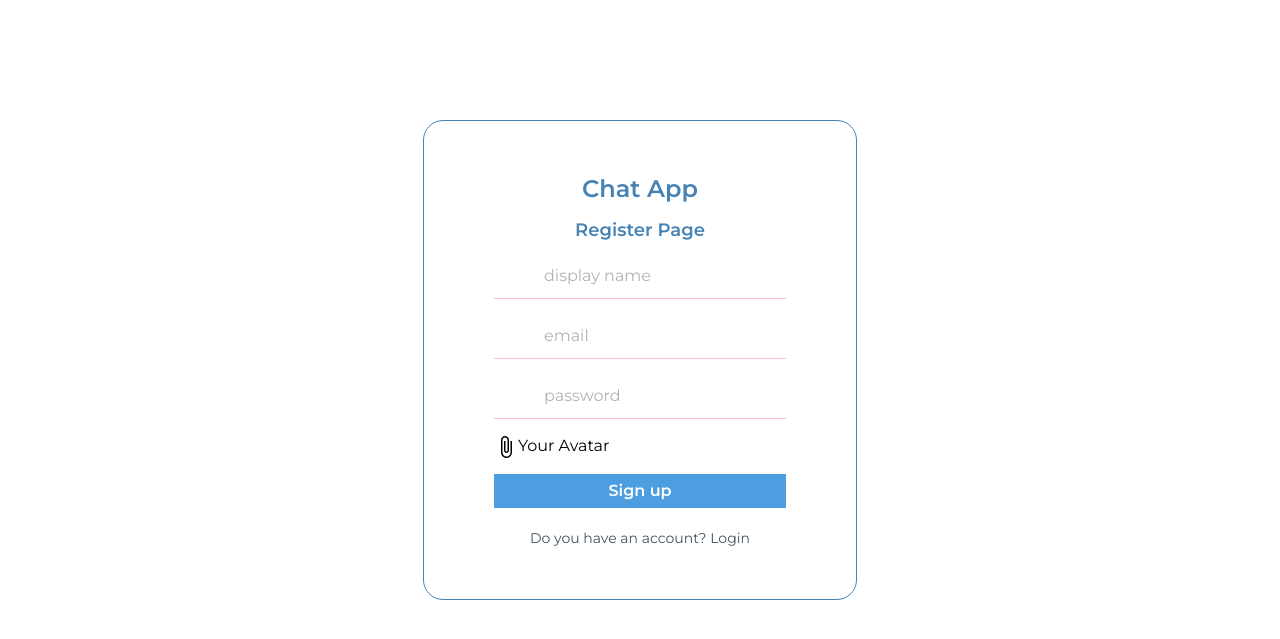
Repository: Nurlan-Bakenbaev/chat-app
Page: /register
The author's editor kept a copy of each file at every save. The page is drawn from the files as they stood at one save, then again after a run of saves.
The browser window is 1280 px wide. The pictures show the whole page.
The project was rebuilt for these pictures with package versions that can differ from the ones it lists, and the page was loaded fresh each time. Also part of the build but not shown: vite.config.js, src/components/Search.jsx, src/components/Chats.jsx, src/components/Navbar.jsx, src/components/SideBar.jsx, src/components/Message.jsx, src/components/Messages.jsx, src/components/Input.jsx and 2 more. Imported but missing from the stored project, and not drawn on this page: src/pages/Login.

Above is the page before, as saved 2023-08-23 19:36:18.

### index.html
<!doctype html>
<html lang="en">
  <head>
    <meta charset="UTF-8" />
    <link rel="preconnect" href="https://fonts.googleapis.com">
<link rel="preconnect" href="https://fonts.gstatic.com" crossorigin>
<link href="https://fonts.googleapis.com/css2?family=Montserrat:wght@400;600&display=swap" rel="stylesheet">
    <link rel="icon" type="image/svg+xml" href="/vite.svg" />
    <meta name="viewport" content="width=device-width, initial-scale=1.0" />
    <title>Chat App</title>
  </head>
  <body>
    <div id="root"></div>
    <script type="module" src="/src/main.jsx"></script>
  </body>
</html>

### src/main.jsx
import React from "react";
import ReactDOM from "react-dom/client";
import App from "./App.jsx";
import "./index.css";
import { ChatContextProvider } from "./components/context/ChatContext.jsx";
import { AuthContextProvider } from "./components/context/AuthContext.jsx";
ReactDOM.createRoot(document.getElementById("root")).render(
  <AuthContextProvider>
    <ChatContextProvider>
      <React.StrictMode>
        <App />
      </React.StrictMode>
    </ChatContextProvider>
  </AuthContextProvider>
);

### src/App.jsx
import "./style.scss";
import "./App.css";
import { BrowserRouter, Routes, Route, Navigate } from "react-router-dom";
import Register from "./pages/Register";
import Home from "./pages/Home";
import Login from "./pages/Login";
import { useContext } from "react";
import { AuthContext } from "./components/context/AuthContext";

function App() {
  const { currentUser } = useContext(AuthContext);

  const ProtectedRoute = ({ children }) => {
    if (!currentUser) {
      return <Navigate to="/" />;
    }
    return children;
  };
  return (
    <BrowserRouter>
      <Routes>
        <Route path="/" element={<Login />} />
        <Route path="/register" element={<Register />} />
        <Route
          path="/home"
          index
          element={
            <ProtectedRoute>
              <Home />
            </ProtectedRoute>
          }
        />
      </Routes>
    </BrowserRouter>
  );
}

export default App;

### src/components/context/ChatContext.jsx
import { createContext, useContext, useReducer } from "react";
import { AuthContext } from "./AuthContext";

export const ChatContext = createContext();

export const ChatContextProvider = ({ children }) => {
  const { currentUser } = useContext(AuthContext);
  const INITIAL_STATE = {
    chatId: "null",
    user: {},
  };

  const chatReducer = (state, action) => {
    switch (action.type) {
      case "CHANGE_USER":
        return {
          user: action.payload,
          chatId:
            currentUser.uid > action.payload.uid
              ? currentUser.uid + action.payload.uid
              : action.payload.uid + currentUser.uid,
        };

      default:
        return state;
    }
  };

  const [state, dispatch] = useReducer(chatReducer, INITIAL_STATE);

  return (
    <ChatContext.Provider value={{ data: state, dispatch }}>
      {children}
    </ChatContext.Provider>
  );
};

### src/components/context/AuthContext.jsx
import { createContext, useEffect, useState } from "react";
import { auth } from "../../firebase";
import { onAuthStateChanged } from "firebase/auth";

export const AuthContext = createContext();

export const AuthContextProvider = ({ children }) => {
  const [currentUser, setCurrentUser] = useState({});

  useEffect(() => {
    const unsub = onAuthStateChanged(auth, (user) => {
      setCurrentUser(user);
      console.log(user);
    });

    return () => {
      unsub();
    };
  }, []);

  return (
    <AuthContext.Provider value={{ currentUser }}>
      {children}
    </AuthContext.Provider>
  );
};

### src/style.scss
@mixin mobile {
  @media screen and (max-width: 480px) {
    @content;
  }
}
@mixin tablet {
  @media screen and (max-width: 768px) {
    @content;
  }
}
@mixin laptop {
  @media screen and (max-width: 1200px) {
    @content;
  }
}

.formContainer,
.home {
  background: rgb(255, 255, 255);
  height: 100vh;
  display: flex;
  align-items: center;
  justify-content: center;
  font-family: "Montserrat", sans-serif;

  .formWrapper {
    background-color: white;
    padding: 50px 70px;
    border-radius: 20px;
    display: flex;
    flex-direction: column;
    align-items: center;
    gap: 10px;
    border: 1px solid steelblue;
    .logo {
      font-size: 24px;
      color: steelblue;
      font-weight: bolder;
    }
    .title {
      font-size: 18px;
      color: steelblue;
      font-weight: bolder;
    }
    form {
      display: flex;
      flex-direction: column;
      gap: 15px;


      .fileSvg {
        font-size: 12px;
        color: rgb(103, 103, 103);
        display: flex;
        align-items: center;
        transition: scale 2s ease;
        gap: 5px;
        cursor: pointer;
      }
      .fileSvg:hover {
        transform: scale(1.1);
      }
      input {
        padding: 10px 50px;
        border: none;
        border-bottom: 1px solid pink;
        width: 100%;

        &::placeholder {
          color: rgb(178, 178, 178);
        }
      }
      button {
        background-color: rgb(77, 158, 224);
        color: white;
        font-weight: bold;
        border: none;
        cursor: pointer;
        padding: 5px;
        &:hover{
          background-color: rgb(9, 105, 183);
          transform: scale(1.03);
        }
      }
    }
    p {
      color: rgb(66, 82, 95);
      font-size: 14px;
      margin-top: 10px;
    }
  }
}

.home {
  .container {
    width: 100%;
    height: 100%;
    display: grid;
    grid-template-columns: 1fr 2fr;
    overflow: hidden;

    .sidebar {
      flex: 1;
      border-right: 1px solid gray;
      background: steelblue;
      color: white;
      overflow: hidden;
      @include laptop {
        position: relative;
      }
      .navbar {
        display: flex;
        align-items: center;
        background-color: rgb(34, 66, 91);
        height: 50px;
        justify-content: space-between;
        padding: 30px;
        .logo {
          font-size: bold;
          @include tablet {
            display: none;
          }
        }
        .user {
          display: flex;
          gap: 10px;
          align-items: center;
        }
        .avatar-wrapper{
          display: flex;
          align-items: center;
          justify-content: center;
          img {
          width: 32px;
          height: 32px;
          background-color: white;
          border-radius: 50%;
          object-fit:cover;
        }
        }


        button {
          background-color: steelblue;
          color: white;
          font-size: 5px;
          border: none;
          cursor: pointer;
          padding: 5px;
          transition: scale 0.3s;
          @include laptop() {
            position: absolute;
            bottom: 20px;
          }
          &:hover {
            transform: scale(1.1);
          }
        }
      }
      .search {
        border-bottom: 1px solid white;
        input {
          transition: scale 0.3s ease-in;
          &:hover {
            transform: scale(1.05);
          }
        }

        .searchForm {
          display: flex;
          flex-direction: row;
          align-items: center;
          margin: 10px;
          padding: 0 30px;

          input {
            width: 100%;
            background-color: transparent;
            outline: none;
            padding: 10px;
            color: white;
            border-radius: 10px;
            border: none;

            &::placeholder {
              color: lightgray;
              padding-left: 10px;
            }
          }
        }
      }
      .userChat {
        padding: 10px;
        display: flex;
        align-items: center;
        gap: 10px;
        color: white;
        transition: background-color 0.2s ease-in;
        transition: scale 0.3s ease;
        padding: 10px 30px 10px 30px;

        &:hover {
          transform: scale(1.02);
          background-color: rgb(42, 80, 112);
        }
        img {
          width: 50px;
          height: 50px;
          border-radius: 50%;
          object-fit: cover;
        }
        .userChatInfo {
          span {
            font-style: 18px;
            font-weight: bolder;
          }
          p {
            font-style: 12px;
            color: lightgray;
            @include tablet {
              display: none;
            }
          }
        }
      }
    }
    .chat {
      flex: 2;
      .chatInfo {
        background-color: steelblue;
        height: 50px;
        display: flex;
        align-items: center;
        justify-content: space-between;
        padding: 15px;
        color: white;
        padding: 30px;

        span {
          font-weight: bold;
        }

        .chatIcons {
          display: flex;
          gap: 10px;
          color: white;
        }
        .chatIcons svg {
          color: rgb(211, 211, 211);
          cursor: pointer;
          transition: scale 2s ease-in-out;
          background-color: transparent;
          border-radius: 50%;
          &:hover {
            transform: scale(1.2);
            box-shadow: 0px 4px 8px rgba(0, 0, 0, 0.2);
          }
        }
      }
      .messages {
        background-color: lightblue;
        padding: 5px;
        height: 450px;
        overflow-y: scroll;

        .message {
          display: flex;
          gap: 5px;
          .messageInfo {
            display: flex;
            flex-direction: column;
            gap: 5px;
            padding: 5px;
            img {
              width: 40px;
              height: 40px;
              border-radius: 50%;
              object-fit: cover;
            }
            span {
              font-weight: lighter;
              color: rgb(126, 126, 126);
            }
          }
          &.owner {
            flex-direction: row-reverse;

            p {
              background-color: rgb(106, 181, 106);
              color: white;
              border-radius: 10px 20px 0px 10px;
              max-width: max-content;
            }
          }
        }
        .messageContent {
          max-width: 80%;
          display: flex;
          flex-direction: column;
          gap: 10px;
          p {
            border-radius: 10px 10px 20px 0px;
            background-color: white;
            padding: 10px;
            max-width: max-content;
          }
        }
      }
      .send,
      .input-wrapper {
        overflow: hidden;
        height: 80px;
        background-color: rgb(255, 255, 255);
        display: flex;
        align-items: center;
        justify-content: space-between;
        padding: 20px;
        gap: 5px;


        .input {
          width: 100%;
          height: 100%;
          border: none;
          background-color: transparent;
          outline: none;
          color: black;
          font-size: 18px;
          padding-left: 20px;
        }
        .send svg {
          transition: scale 0.3s ease-in-out;
          &:hover {
            transform: scale(1.07);
          }
        }

      }
    }
  }
}

### src/pages/Register.jsx
import React, { useState } from "react";
import { createUserWithEmailAndPassword, updateProfile } from "firebase/auth";
import { auth, db, storage } from "../firebase";
import { ref, uploadBytesResumable, getDownloadURL } from "firebase/storage";
import { doc, setDoc } from "firebase/firestore";
import { useNavigate, Link } from "react-router-dom";
import AttachFileIcon from '@mui/icons-material/AttachFile';

const Register = () => {
  const [err, setErr] = useState(false);
  const [loading, setLoading] = useState(false);
  const navigate = useNavigate();

  const handleSubmit = async (e) => {
    setLoading(true);
    e.preventDefault();
    const displayName = e.target[0].value;
    const email = e.target[1].value;
    const password = e.target[2].value;
    const file = e.target[3].files[0];

    try {
      //Create user
      const res = await createUserWithEmailAndPassword(auth, email, password);

      //Create a unique image name
      const date = new Date().getTime();
      const storageRef = ref(storage, `${displayName + date}`);

      await uploadBytesResumable(storageRef, file).then(() => {
        getDownloadURL(storageRef).then(async (downloadURL) => {
          try {
            //Update profile
            await updateProfile(res.user, {
              displayName,
              photoURL: downloadURL,
            });
            //create user on firestore
            await setDoc(doc(db, "users", res.user.uid), {
              uid: res.user.uid,
              displayName,
              email,
              photoURL: downloadURL,
            });

            //create empty user chats on firestore
            await setDoc(doc(db, "userChats", res.user.uid), {});
            navigate("/home");
          } catch (err) {
            console.log(err);
            setErr(true);
            setLoading(false);
          }
        });
      });
    } catch (err) {
      setErr(true);
      setLoading(false);
    }
  };

  return (
    <div className="formContainer">
      <div className="formWrapper">
        <span className="logo">Chat App</span>
        <span className="title">Register Page</span>
        <form onSubmit={handleSubmit}>
          <input required type="text" placeholder="display name" />
          <input required type="email" placeholder="email" />
          <input required type="password" placeholder="password" />
          <input style={{ display: "none" }} type="file" id="file" />
          <div style={{display:'flex',alignItems:'center'}} >
            <label htmlFor="file">
              <AttachFileIcon/>
              <span>Your Avatar</span>
            </label>
          </div>
          <button disabled={loading}>Sign up</button>
          {loading && "Uploading... "}
          {err && <span>Something went wrong</span>}
        </form>
        <p>
          Do you have an account? <Link to="/register">Login</Link>
        </p>
      </div>
    </div>
  );
};

export default Register;

### src/firebase.js
import { initializeApp } from "firebase/app";
import { getAuth } from "firebase/auth";
import { getFirestore } from "firebase/firestore";
import { getStorage } from "firebase/storage";

// Your web app's Firebase configuration
export const firebaseConfig = {
  apiKey: "AIzaSyBKQxRTlwDtZolWx5tuyYMwL2PQy8U3r-o",
  authDomain: "chatapp-e0ef2.firebaseapp.com",
  projectId: "chatapp-e0ef2",
  storageBucket: "chatapp-e0ef2.appspot.com",
  messagingSenderId: "155506867969",
  appId: "1:155506867969:web:94a613e7a42d1561806500",
};

// Initialize Firebase
export const app = initializeApp(firebaseConfig);
export const auth = getAuth();
export const storage = getStorage();
export const db = getFirestore();

Loaded but not shown: src/index.css (common file); src/App.css (common file); tailwind.config.js (common file)

After the next 2 saves:
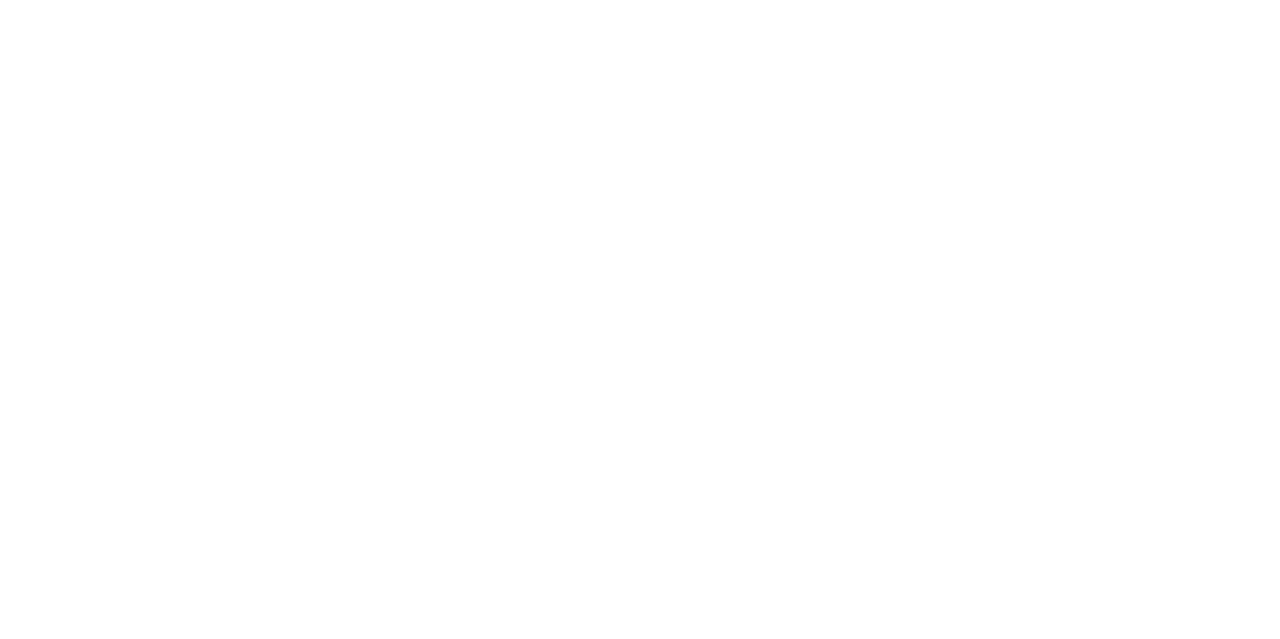
Console error: ReferenceError: Button is not defined
The 2 saves are shown as one change because they came seconds apart.
The last was saved 67 s later.
--- a/src/pages/Register.jsx
+++ b/src/pages/Register.jsx
@@ -4,7 +4,7 @@
 import { ref, uploadBytesResumable, getDownloadURL } from "firebase/storage";
 import { doc, setDoc } from "firebase/firestore";
 import { useNavigate, Link } from "react-router-dom";
-import AttachFileIcon from '@mui/icons-material/AttachFile';
+import AttachFileIcon from "@mui/icons-material/AttachFile";
 
 const Register = () => {
   const [err, setErr] = useState(false);
@@ -69,13 +69,16 @@
           <input required type="email" placeholder="email" />
           <input required type="password" placeholder="password" />
           <input style={{ display: "none" }} type="file" id="file" />
-          <div style={{display:'flex',alignItems:'center'}} >
+          <div style={{ display: "flex", alignItems: "center" }}>
             <label htmlFor="file">
-              <AttachFileIcon/>
+              <AttachFileIcon />
               <span>Your Avatar</span>
             </label>
           </div>
           <button disabled={loading}>Sign up</button>
+          <Button variant="contained" color="success">
+            Success
+          </Button>
           {loading && "Uploading... "}
           {err && <span>Something went wrong</span>}
         </form>

After the 4 saves that followed:
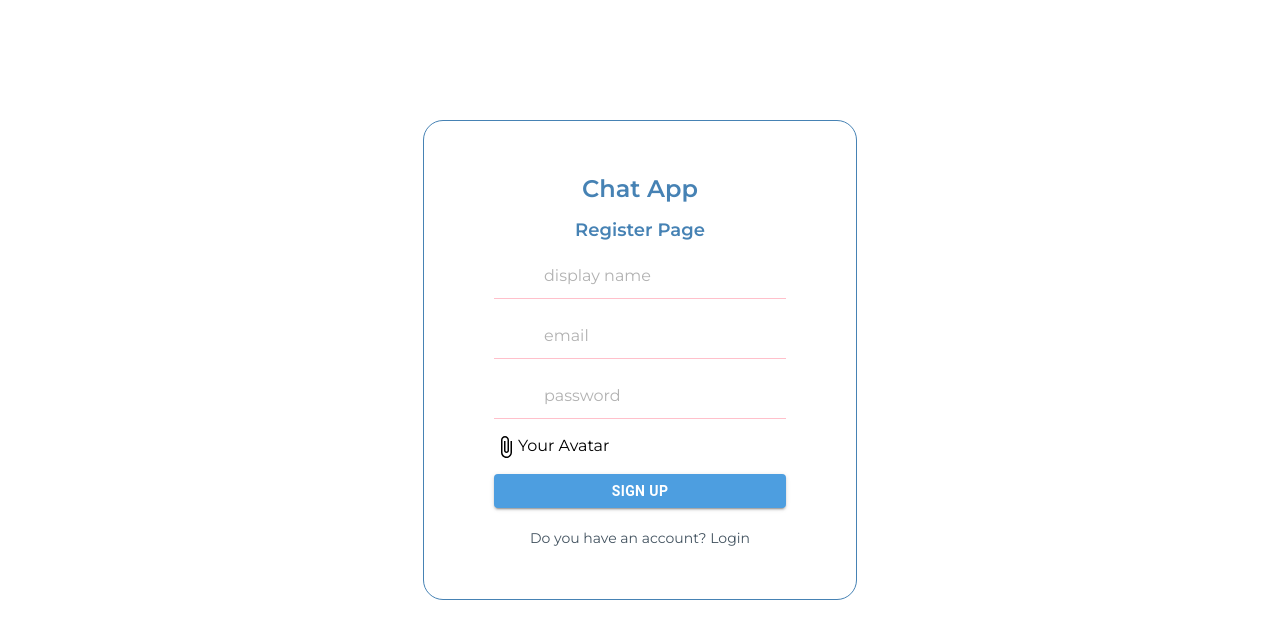
The error is gone.
The 4 saves are shown as one change because 3 left the picture as it was.
The last was saved 45 s later.
--- a/src/pages/Register.jsx
+++ b/src/pages/Register.jsx
@@ -5,7 +5,7 @@
 import { doc, setDoc } from "firebase/firestore";
 import { useNavigate, Link } from "react-router-dom";
 import AttachFileIcon from "@mui/icons-material/AttachFile";
-
+import { Button } from "@mui/material";
 const Register = () => {
   const [err, setErr] = useState(false);
   const [loading, setLoading] = useState(false);
@@ -75,9 +75,8 @@
               <span>Your Avatar</span>
             </label>
           </div>
-          <button disabled={loading}>Sign up</button>
-          <Button variant="contained" color="success">
-            Success
+          <Button disabled={loading} variant="contained" color="success">
+          Sign up
           </Button>
           {loading && "Uploading... "}
           {err && <span>Something went wrong</span>}
